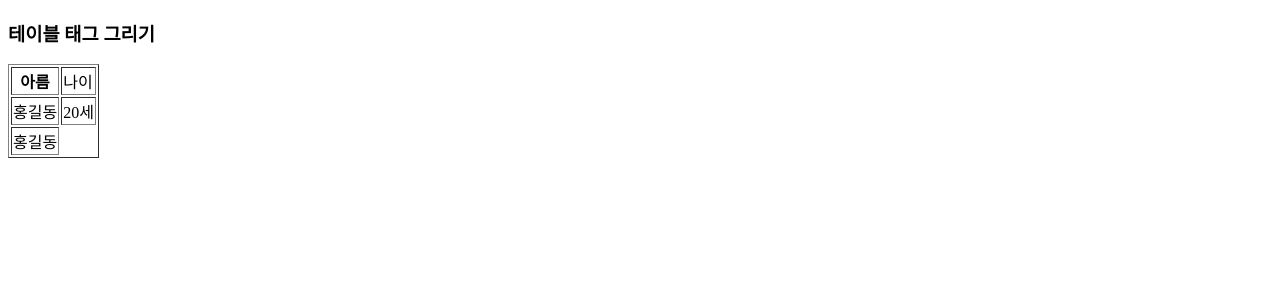
Repository: YeonHaw/jsp
Page: JSPBasic/src/main/webapp/HTML/Index03.html
The author's editor kept a copy of each file at every save. The page is drawn from the files as they stood at one save, then again after the next save.
The browser window is 1280 px wide. The pictures show the whole page.

Above is the page before, as saved 2023-12-27 01:34:51.

After the next save:
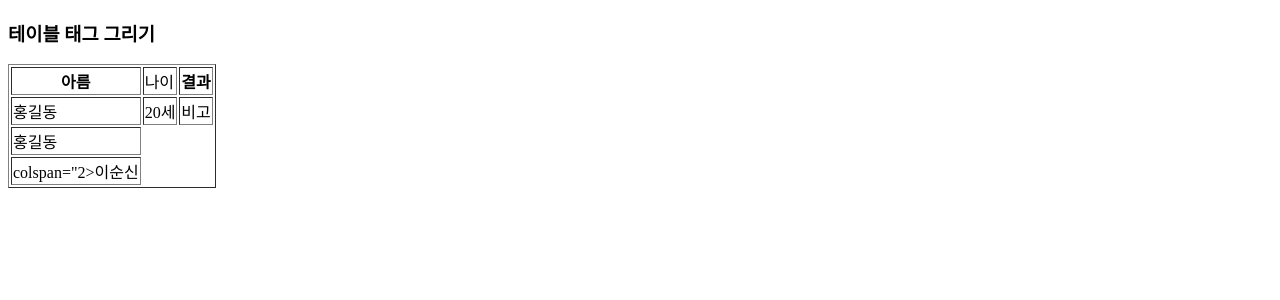
Saved 3 min 33 s later.
--- a/JSPBasic/src/main/webapp/HTML/Index03.html
+++ b/JSPBasic/src/main/webapp/HTML/Index03.html
@@ -12,14 +12,19 @@
 		<tr>
 			<th>아름</th>
 			<td>나이</td>
+			<th>결과</th>
 		</tr>
 		<tr>
 			<td>홍길동</td>
 			<td>20세</td>
+			<td>비고</td>
 		</tr>
 		<tr>
 			<td>홍길동</td>
 		</tr>
+		<tr>
+			<td> colspan="2>이순신</td>
+		</tr>
 	</table>
 </body>
 </html>
